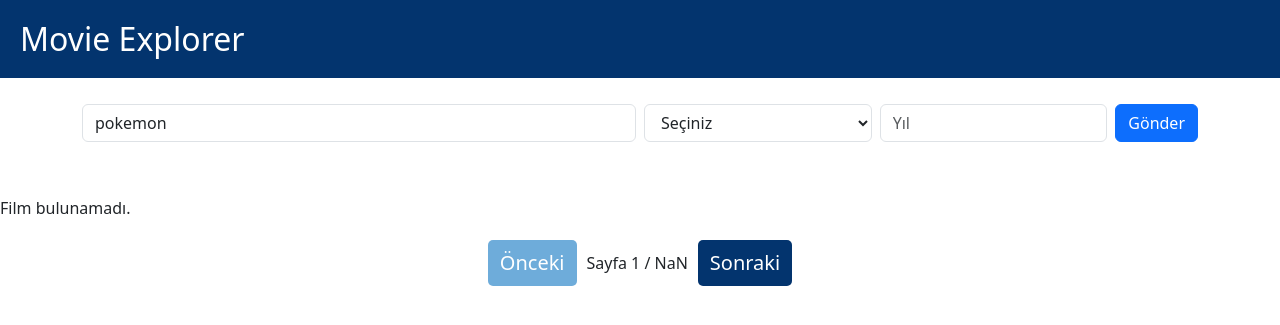
Repository: denizdizi/movie-explorer
Page: /
An editor plug-in stored every save of this project. The page is shown before and after the next save, followed by the edit.
The browser window is 1280 px wide. The pictures show the whole page.
The page's requests for data from a server got no answer. The project was rebuilt for these pictures with package versions that can differ from the ones it lists, and the page was loaded fresh each time. No one was signed in, and anything a server would have sent is missing. Also part of the build but not shown: src/App.css, src/components/MovieCard.js, src/pages/MovieDetail.js.

Above is the page before, as saved 2025-03-29 01:13:59.

After the next save:
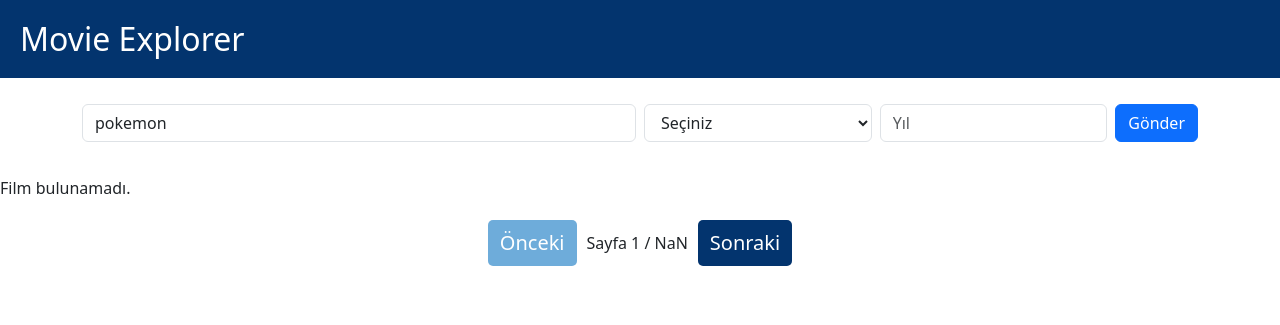
Saved 17 s later.
--- a/src/components/SearchBar.js
+++ b/src/components/SearchBar.js
@@ -48,7 +48,7 @@ const SearchBar = () => {
   const isSubmitDisabled = !formData.query.trim();
 
   return (
-    <div className="container mt-4" style={{ height: "100px" }}>
+    <div className="container mt-4" style={{ height: "80px" }}>
       <form onSubmit={handleSubmit}>
         <div className="row g-2">
           <div className="col-6">
